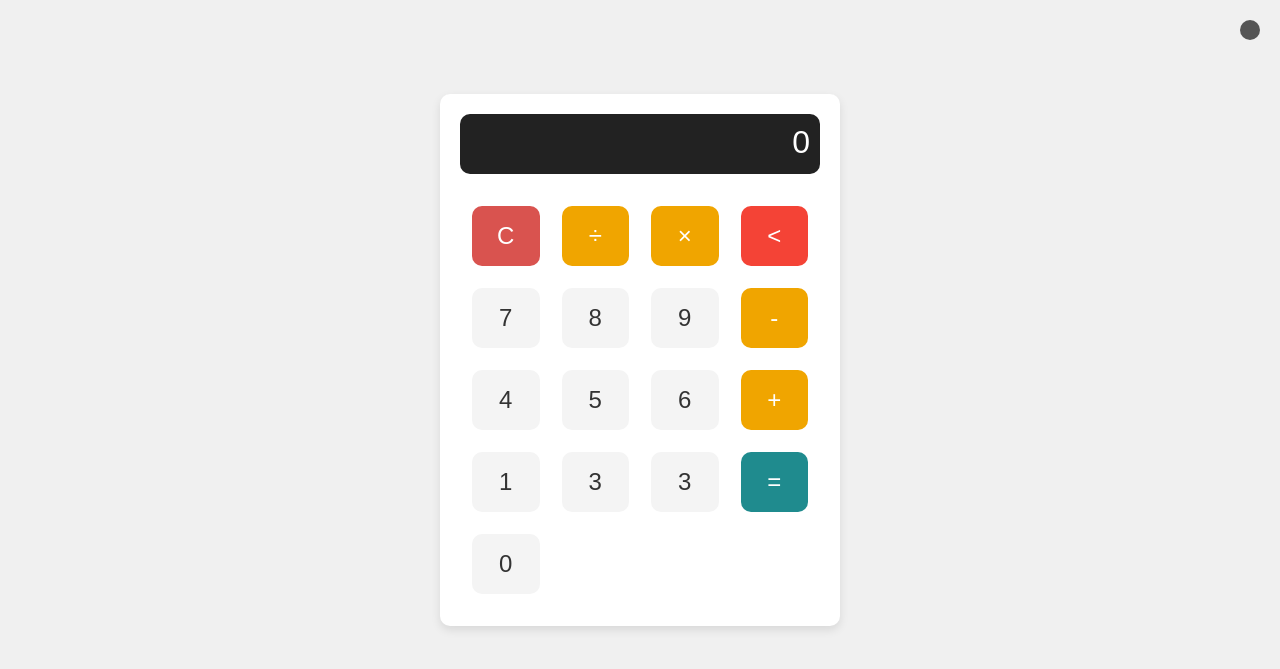
Repository: akhiranandan-04/Calculator
Page: index.html
The author's editor kept a copy of each file at every save. The page is drawn from the files as they stood at one save, then again after the next save.
The browser window is 1280 px wide. The pictures show the whole page.

Above is the page before, as saved 2024-10-09 17:09:21.

### index.html
<!DOCTYPE html>
<html lang="en">
<head>
    <meta charset="UTF-8">
    <meta name="viewport" content="width=device-width, initial-scale=1.0">
    <title>Calculator</title>
    <link rel="stylesheet" href="style.css">
</head>
<body>

    <div class="container">
        <div class="calculater dark">
            <div class="theme-toggler active">
                <i class="toggler-icon"></i>
            </div>
            <div class="display-screen">
                <div id="display"><h1>Calculator</h1></div>
            </div>
            <div class="buttons">
                <table>
                    <tr>
                        <td><button class="btn-operater" id="clear">C</button></td>
                        <td><button class="btn-operater" id="/">&divide;</button></td>
                        <td><button class="btn-operater" id="*">&times;</button></td>
                        <td><button class="btn-operater" id="backspace"><</button></td>
                    </tr>
                    <tr>
                        <td><button class="btn-num" id="7">7</button></td>
                        <td><button class="btn-num" id="8">8</button></td>
                        <td><button class="btn-num" id="9">9</button></td>
                        <td><button class="btn-operater" id="-">-</button></td>
                    </tr>
                    <tr>
                        <td><button class="btn-num" id="4">4</button></td>
                        <td><button class="btn-num" id="5">5</button></td>
                        <td><button class="btn-num" id="6">6</button></td>
                        <td><button class="btn-operater" id="+">+</button></td>
                    </tr>
                    <tr>
                        <td><button class="btn-num" id="1">1</button></td>
                        <td><button class="btn-num" id="2">3</button></td>
                        <td><button class="btn-num" id="3">3</button></td>
                        <td><button class="btn-equal" id="equal">=</button></td>
                    </tr>
                    <tr>
                        <td><button class="btn-num" id="0">0</button></td>

                    </tr>
                </table>
            </div>
        </div>
    </div>

    <script src="script.js"></script>

</body>
</html>

### style.css

* {
    margin: 0;
    padding: 0;
    box-sizing: border-box;
    background: linear-gradient(rgba(0,0,0,0.5) red);
}

body {
    font-family: Arial, sans-serif;
    display: flex;
    justify-content: center;
    align-items: center;
    height: 100vh;
    background-color: #f0f0f0;
}

.container {
    display: flex;
    justify-content: center;
    align-items: center;
}

.calculater {
    width: 400px;
    background-color: #fff;
    border-radius: 10px;
    box-shadow: 0 4px 10px rgba(0, 0, 0, 0.1);
    padding: 20px;
}

#display{
    color: white;
}
.display-screen {
    width: 100%;
    height: 60px;
    background-color: #222;
    color: white;
    border-radius: 10px;
    text-align: right;
    padding: 10px;
    font-size: 2em;
}

.buttons {
    margin-top: 20px;
}

table {
    width: 100%;
    table-layout: fixed;
}

td {
    width: 25%;
    padding: 10px;
}

button {
    width: 100%;
    height: 60px;
    font-size: 1.5em;
    border: none;
    outline: none;
    border-radius: 10px;
    cursor: pointer;
    transition: background-color 0.3s;
}


.btn-num {
    background-color: #f4f4f4;
    color: #333;
}

.btn-operater {
    background-color: #f0a500;
    color: white;
}

.btn-equal {
    background-color: #1f8b8e;
    color: white;
}

button:hover {
    opacity: 0.8;
}

#clear {
    background-color: #d9534f;
    color: white;
}

#backspace {
    background-color: #f44336;
    color: white;
}

/* Theme Toggler */
.theme-toggler {
    position: absolute;
    top: 20px;
    right: 20px;
    background-color: #222;
    color: white;
    padding: 10px;
    border-radius: 50%;
    cursor: pointer;
}

.theme-toggler.active {
    background-color: #555;
}

body.dark .calculater {
    background-color: #333;
}

body.dark .display-screen {
    background-color: #111;
}

body.dark button {
    background-color: #444;
    color: #fff;
}

body.dark #clear {
    background-color: #c9302c;
}

### script.js
const display = document.getElementById('display');
const clear = document.getElementById('clear');
const backspace = document.getElementById('backspace');
const equal = document.getElementById('equal');
const buttons = document.querySelectorAll('.btn-num, .btn-operater');

let currentInput = '';

function updateDisplay() {
    display.innerHTML = currentInput || '0';
}

buttons.forEach(button => {
    button.addEventListener('click', () => {
        const buttonText = button.innerText;

        if (button.classList.contains('btn-num') || button.classList.contains('btn-operater')) {
            currentInput += buttonText;
        }

        updateDisplay();
    });
});

backspace.addEventListener('click', () => {
    currentInput = currentInput.slice(0, -1);
    updateDisplay();
});

clear.addEventListener('click', () => {
    currentInput = '';
    updateDisplay();
});

equal.addEventListener('click', () => {
    try {
        currentInput = eval(currentInput).toString();
    } catch (e) {
        currentInput = 'Error';
    }
    updateDisplay();
});

updateDisplay();

const themeToggler = document.querySelector('.theme-toggler');

themeToggler.addEventListener('click', () => {
    document.body.classList.toggle('dark');
    themeToggler.classList.toggle('active');
});

After the next save:
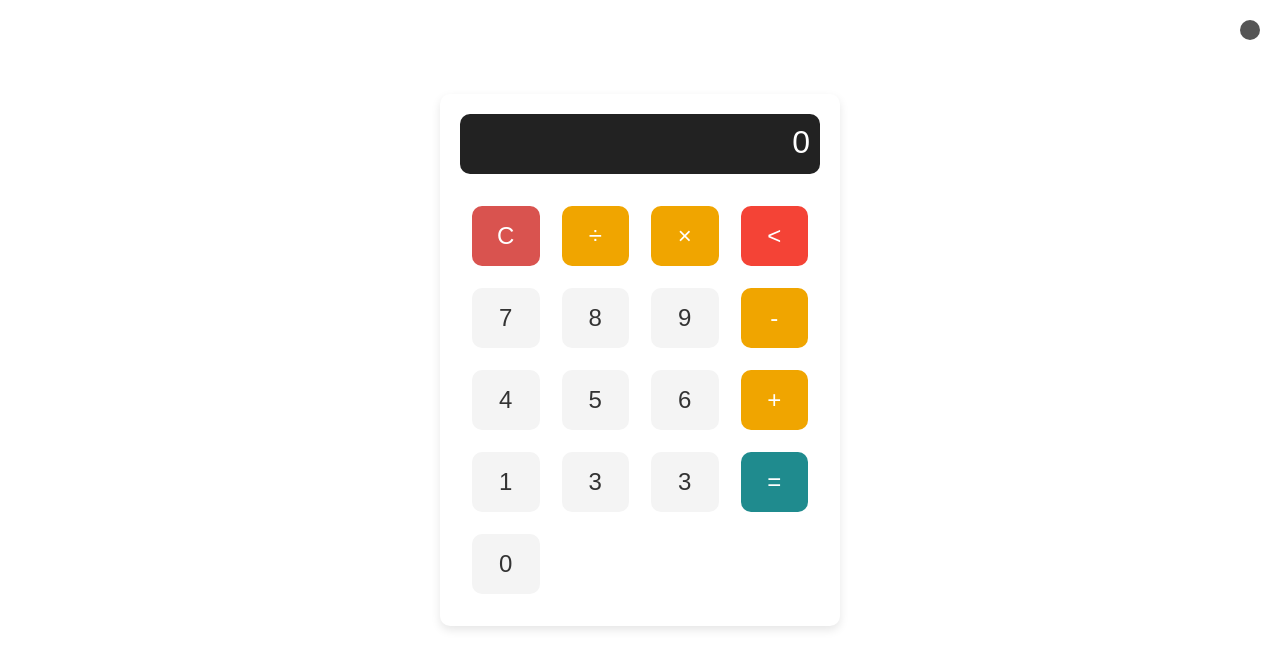
Saved 26 s later.
--- a/style.css
+++ b/style.css
@@ -12,7 +12,8 @@
     justify-content: center;
     align-items: center;
     height: 100vh;
-    background-color: #f0f0f0;
+
+    background: linear-gradient(rgba(0,0,0,0.5) red);
 }
 
 .container {

After the save that followed:
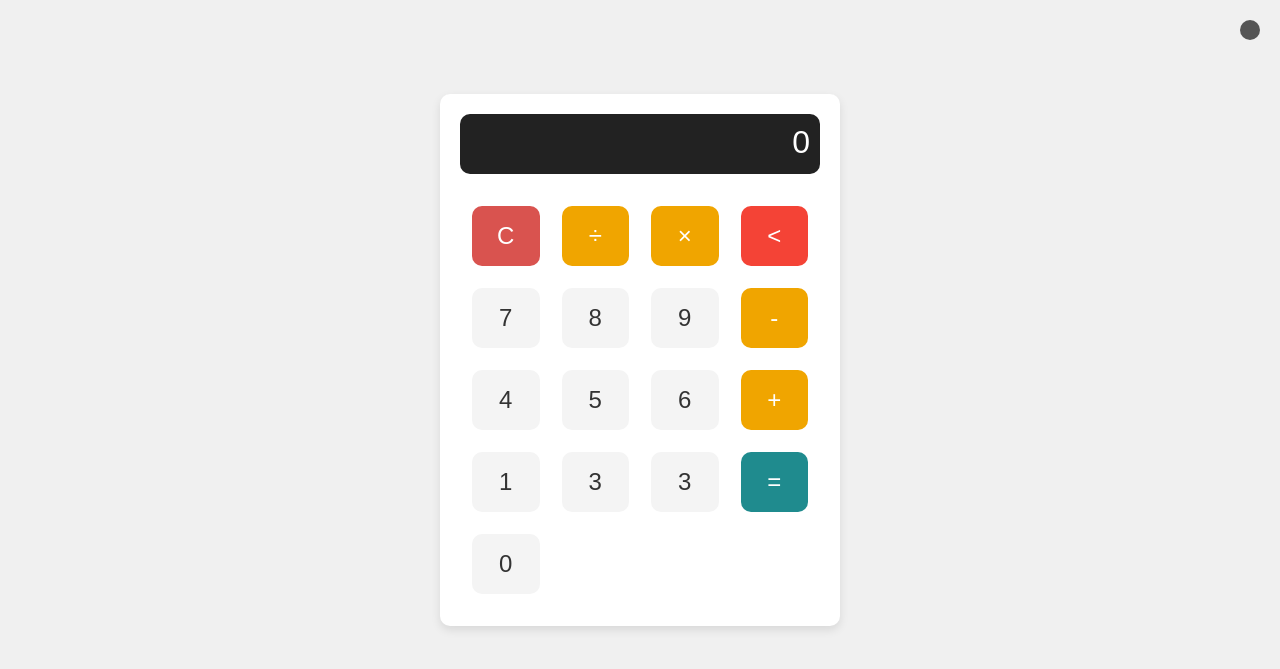
Saved 48 s later.
--- a/style.css
+++ b/style.css
@@ -12,8 +12,8 @@
     justify-content: center;
     align-items: center;
     height: 100vh;
+    background-color: #f0f0f0;
 
-    background: linear-gradient(rgba(0,0,0,0.5) red);
 }
 
 .container {
